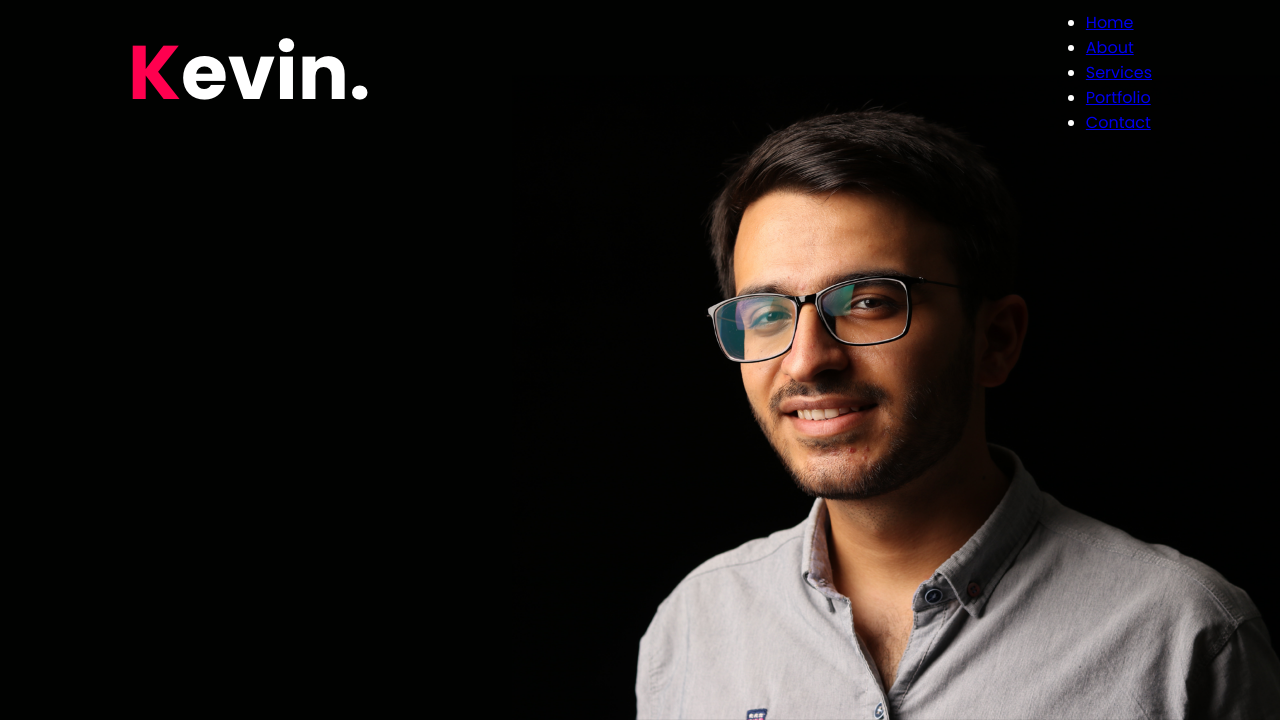
Repository: bryanbraide/Profile-card
Page: index.html
An editor plug-in stored every save of this project. The page is shown before and after a run of saves, followed by the edit.
The browser window is 1280 px wide. The pictures show the whole page.

Above is the page before, as saved 2025-06-09 12:04:15.

After the next 17 saves:
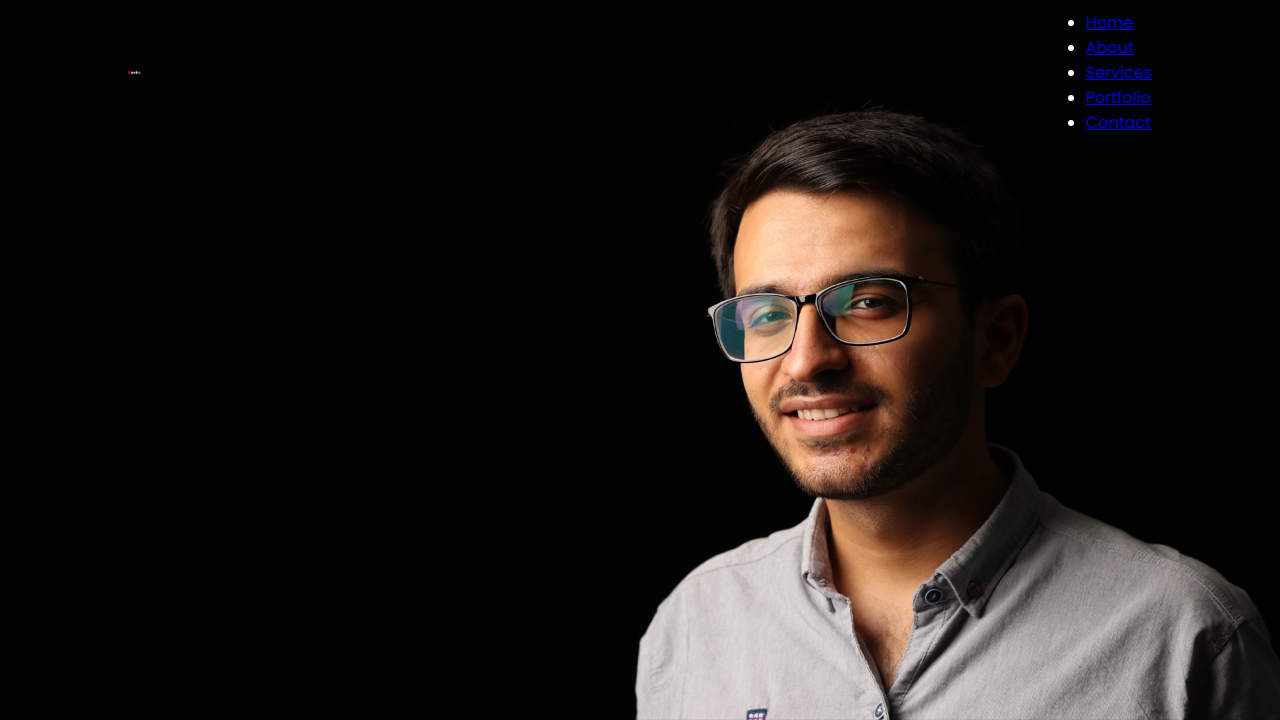
The 17 saves are shown as one change because they came seconds apart.
The last was saved 2 min 52 s later.
--- a/style.css
+++ b/style.css
@@ -25,3 +25,10 @@
   justify-content: space-between;
   flex-wrap: wrap;
 }
+.logo{
+  width: 13px;
+}
+
+nav ul li {
+
+}
